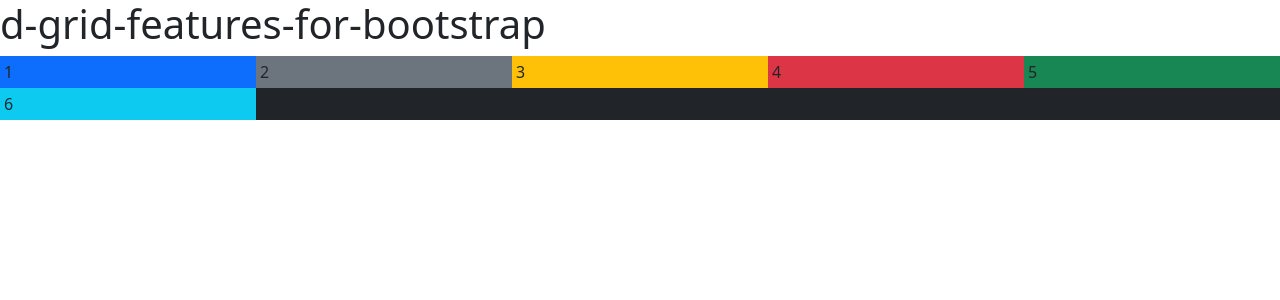
Repository: LynxPardelle/d-grid-features-for-bootstrap
Page: index.html
An editor plug-in stored every save of this project. The page is shown before and after the next save, followed by the edit.
The browser window is 1280 px wide. The pictures show the whole page.

Above is the page before, as saved 2021-10-20 04:16:48.

After the next save:
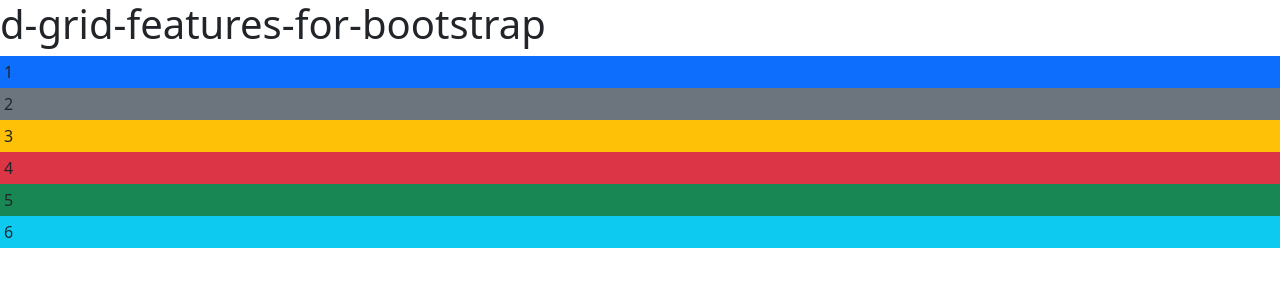
Console error: ReferenceError: x is not defined
Saved 100 s later.
--- a/d-grid.js
+++ b/d-grid.js
@@ -8,12 +8,17 @@
     if (attribute.localName.includes("gfbs-")) {
 
       console.log(attribute);
-      if(attribute.localName.includes("custom")){
-        let attValue = attribute.value;
-        console.log(attValue);
-        console.log(typeof attValue);
-        gridElement.style.cssText += attValue;
+
+      switch(attribute){
+        case x.localName.includes("custom"):
+          let attValue = attribute.value;
+          console.log(attValue);
+          console.log(typeof attValue);
+          gridElement.style.cssText += attValue;
+        break;
+
       }
+
     }
   }
 }

After the save that followed:
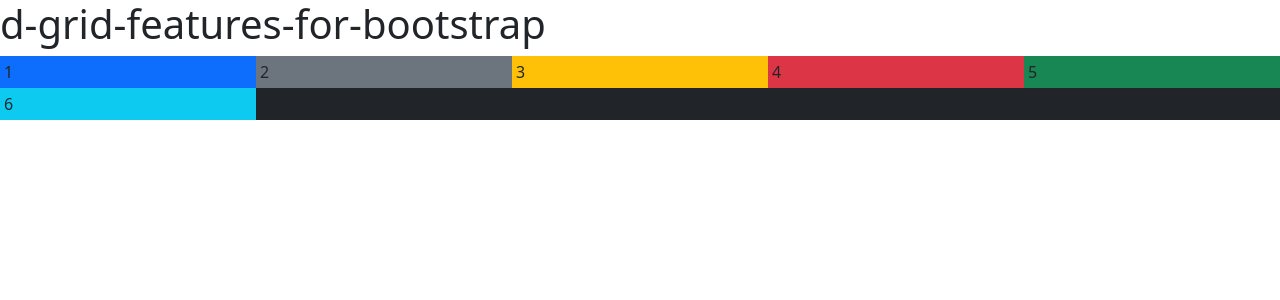
The error is gone.
Saved 4 min 12 s later.
--- a/d-grid.js
+++ b/d-grid.js
@@ -9,8 +9,9 @@
 
       console.log(attribute);
 
-      switch(attribute){
-        case x.localName.includes("custom"):
+      let at = attribute.localName
+      switch(true){
+        case at.includes("custom"):
           let attValue = attribute.value;
           console.log(attValue);
           console.log(typeof attValue);
